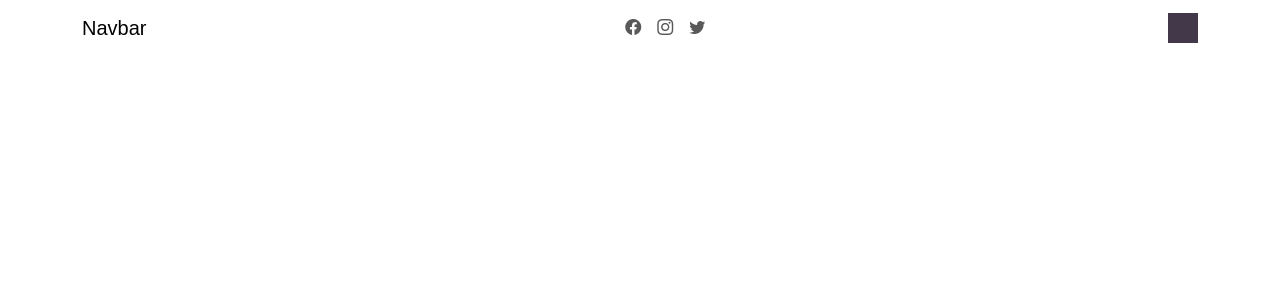
Repository: tagnam/project27012025
Page: index.html
These files come from the project's save history. The page is drawn as it stood at one moment and after a run of saves; the edit follows.
The browser window is 1280 px wide. The pictures show the whole page.

Above is the page before, as saved 2025-01-27 13:38:44.

### index.html
<!DOCTYPE html>
<html lang="en">
<head>
    <meta charset="UTF-8">
    <meta name="viewport" content="width=device-width, initial-scale=1.0">
    <link href="https://cdn.jsdelivr.net/npm/bootstrap@5.3.3/dist/css/bootstrap.min.css" rel="stylesheet" integrity="sha384-QWTKZyjpPEjISv5WaRU9OFeRpok6YctnYmDr5pNlyT2bRjXh0JMhjY6hW+ALEwIH" crossorigin="anonymous">
    <link rel="stylesheet" href="style/css/index.css">
    <link rel="stylesheet" href="style/css/animation.css">
    <link rel="stylesheet" href="style/css/responsive.css">
    <title>project27012025</title>
</head>
<body>
<header>
    <nav class="navbar navbar-expand-lg ">
        <div class="container">


          <div class="collapse navbar-collapse justify-content-between" id="navbarSupportedContent">
            <a class="navbar-brand" href="#">Navbar</a>
            <ul class="navbar-nav  ">

              <li class="nav-item">
                <a class="nav-link" href="#"><i class="bi bi-facebook"></i></a>
              </li>
              <li class="nav-item">
                <a class="nav-link" href="#"><i class="bi bi-instagram"></i></a>
              </li>
              <li class="nav-item">
                <a class="nav-link" href="#"><i class="bi bi-twitter"></i></a>
              </li>

            </ul>
            <div class="d-flex">
               <div class="menu-container">
                <span class="span-menu-01 menu-icon"></span>
                <span class="span-menu-02 menu-icon"></span>
                <span class="span-menu-03 menu-icon"></span>
            </div>
            </div>
          </div>
        </div>
      </nav>
</header>




<script src="https://cdn.jsdelivr.net/npm/bootstrap@5.3.3/dist/js/bootstrap.bundle.min.js" integrity="sha384-YvpcrYf0tY3lHB60NNkmXc5s9fDVZLESaAA55NDzOxhy9GkcIdslK1eN7N6jIeHz" crossorigin="anonymous"></script>
<script src="style/js/custom.js"></script>
</body>
</html>

### style/css/index.css
@import url("https://cdn.jsdelivr.net/npm/bootstrap-icons@1.11.3/font/bootstrap-icons.min.css");

*{
 margin: 0;
padding: 0;
box-sizing: border-box;
}

:root{
    --dark-color:#423849;
    --semi-dark-color:#b46ee0;
    --light-color:#d287d4;
    --main-heading-font-size: 2.5rem;
    --subheading-font-size: 1.5rem;
    --paragraph-font-size: 1rem;

}


body{
    font-family: 'Poppins', sans-serif;


}

.menu-icon{
    display: block;
    width: 30px;
    height: 10px;
    background-color: var(--dark-color);
}

Loaded but not shown: style/js/custom.js (no copy from this time; the picture is the same without it); style/css/animation.css (no stored copy; drawn as an empty file); style/css/responsive.css (no stored copy; drawn as an empty file)

After the next 4 saves:
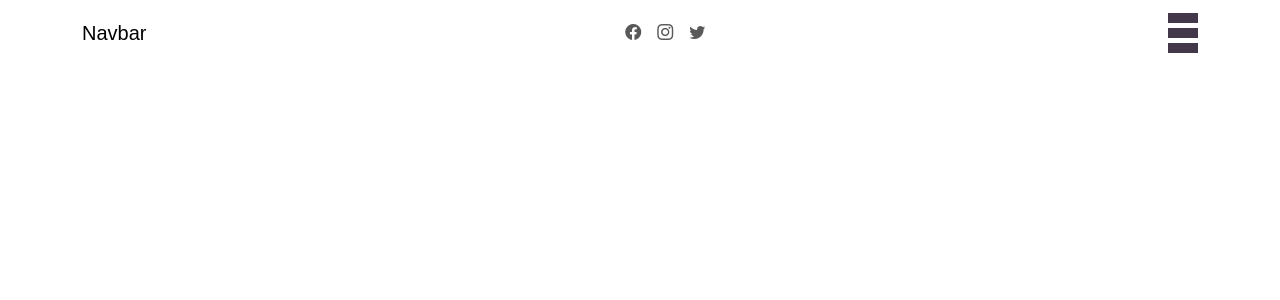
The 4 saves are shown as one change because they came seconds apart.
The last was saved 16 s later.
--- a/style/css/index.css
+++ b/style/css/index.css
@@ -28,4 +28,5 @@ body{
     width: 30px;
     height: 10px;
     background-color: var(--dark-color);
+    margin: 5px auto;
 }
